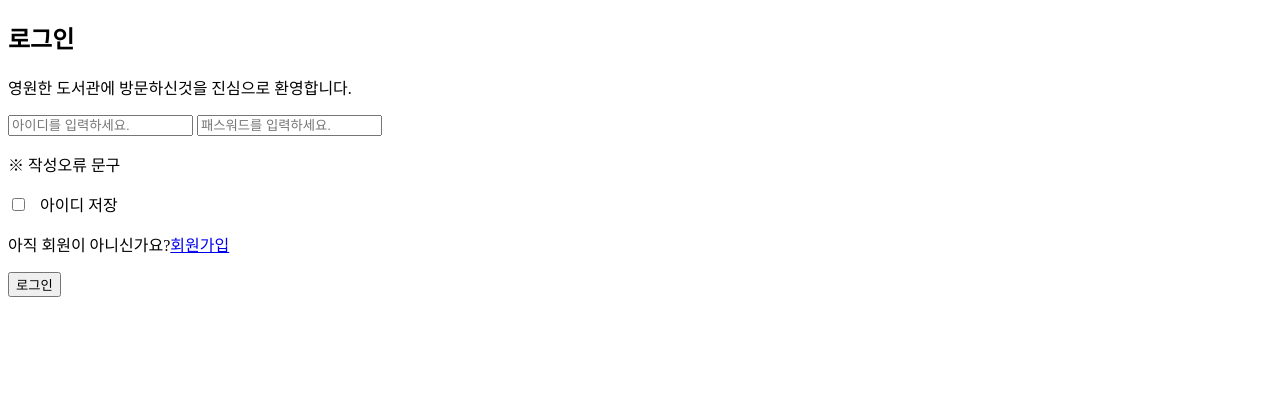
Repository: PacJ/spring_project
Page: http://localhost/spring_project/WEB-INF/views/user/login.jsp
The author's editor kept a copy of each file at every save. The page is drawn from the files as they stood at one save, then again after the next save.
The browser window is 1280 px wide. The pictures show the whole page.
The page is served by Tomcat 9. Nobody is signed in. The template is opened directly, without the code that normally fills it, so the values that code supplies are empty.

Above is the page before, as saved 2023-03-07 00:50:44.

After the next save:
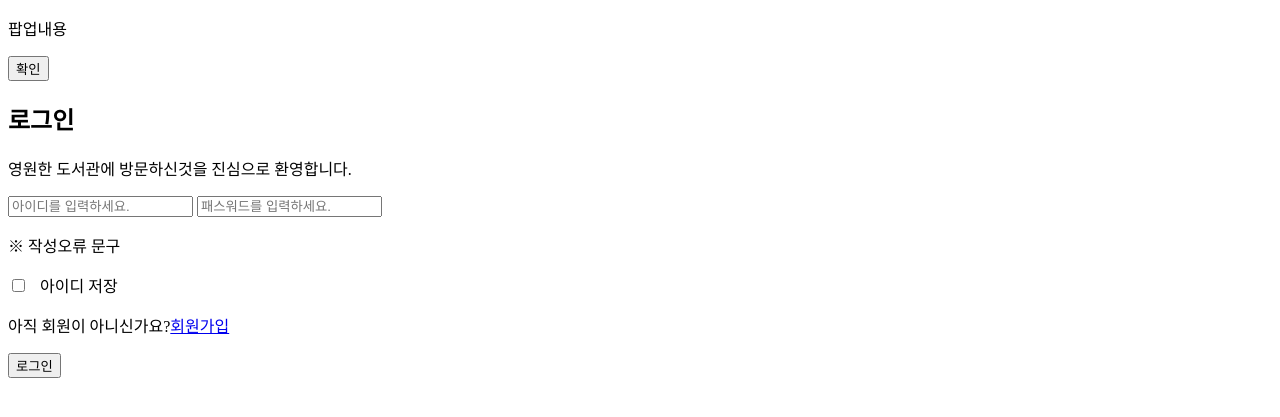
Saved 15 s later.
--- a/spring_project/src/main/webapp/WEB-INF/views/user/login.jsp
+++ b/spring_project/src/main/webapp/WEB-INF/views/user/login.jsp
@@ -12,6 +12,14 @@
 </script> -->
 </head>
 	 <!-- login -->
+	 	    <!-- 공통팝업 -->
+    <section class="popup_back">
+        <article class="popup">
+            <p>팝업내용</p>
+            <button>확인</button>
+        </article>
+    </section>
+
         <section class="sign_area">
             <article class="inner">
                 <h2>로그인</h2>
